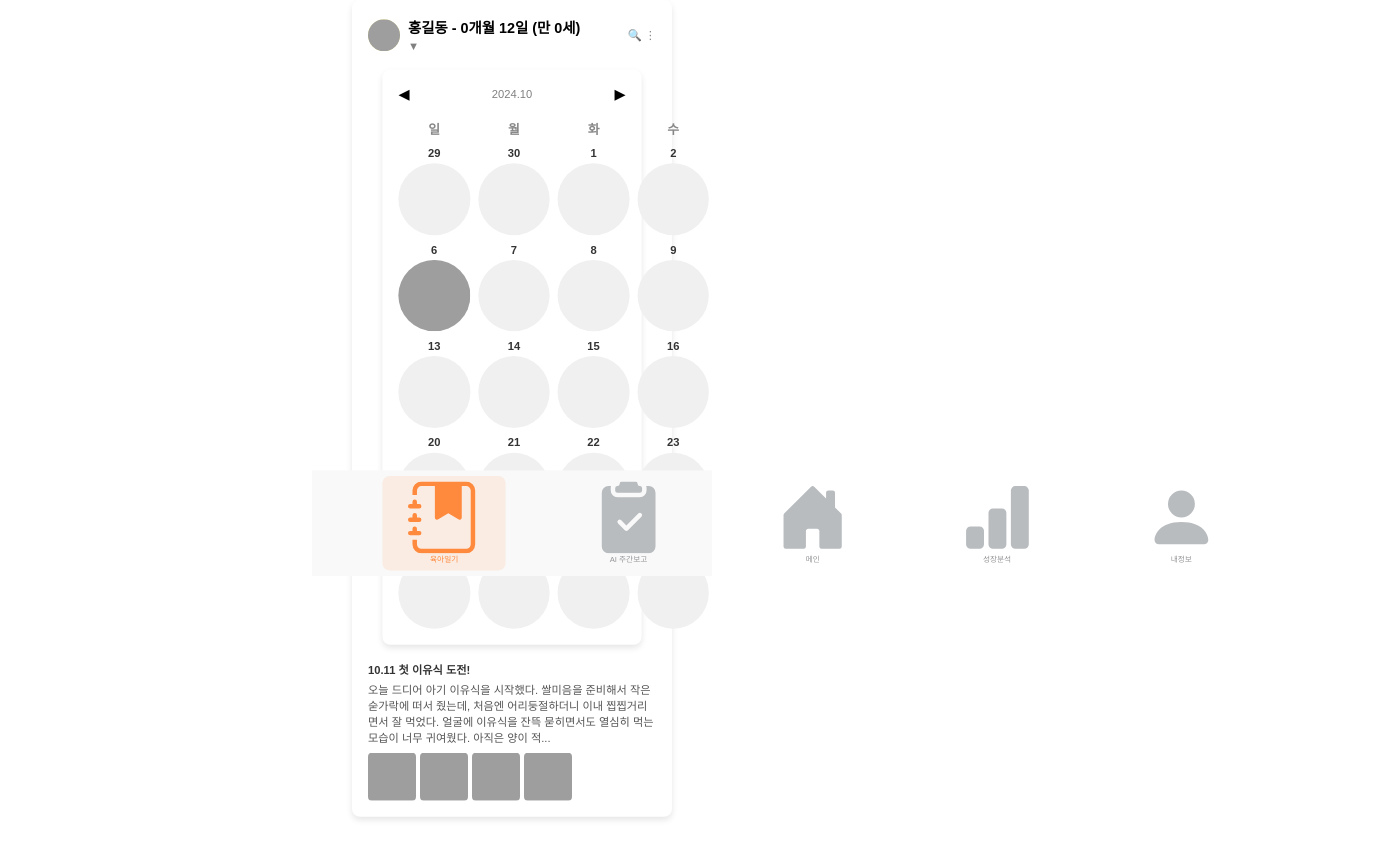
Repository: fromBirth/frombirth-frontend
Page: /babydiary
These files come from the project's save history. The page is drawn as it stood at one moment and after the next save; the edit follows.
The browser window is 1280 px wide. The page is 1280 px wide, then 1733 px, then 1280 px, so the pictures cover 1733 px, including what lies to the right of the window. The pictures show the whole page, at 80% of full size.
Pictures or frames that could not be fetched are drawn as grey boxes. Some web fonts or font styles are not loaded; a fallback is used. The project was rebuilt for these pictures with package versions that can differ from the ones it lists, and the page was loaded fresh each time. Also part of the build but not shown: vite.config.js.

Above is the page before, as saved 2024-10-30 12:25:09.

### index.html
<!doctype html>
<html lang="en">
  <head>
    <meta charset="UTF-8" />
    <link rel="icon" type="image/svg+xml" href="/fromBirthIcon" />
    <meta name="viewport" content="width=device-width, initial-scale=1.0" />
    <script src="https://t1.kakaocdn.net/kakao_js_sdk/2.7.2/kakao.min.js" integrity="sha384-TiCUE00h649CAMonG018J2ujOgDKW/kVWlChEuu4jK2vxfAAD0eZxzCKakxg55G4" crossorigin="anonymous"></script>
    <title>fromBirth</title>
  </head>
  <body>
    <div id="root"></div>
    <script type="module" src="/src/main.jsx"></script>
  </body>
</html>

### src/main.jsx
/* src/main.jsx */

// StrictMode와 createRoot 함수를 React에서 import
import { StrictMode } from 'react'
import { createRoot } from 'react-dom/client'
// 애플리케이션의 메인 컴포넌트인 App을 import
import App from './App.jsx'

// React 애플리케이션의 루트 DOM 요소에 App 컴포넌트를 렌더링
createRoot(document.getElementById('root')).render(
  <StrictMode>
    <App />
  </StrictMode>,
)

### src/App.jsx
/* src/App.jsx */

// 전체 애플리케이션에 라우팅 기능을 제공하는 BrowserRouter를 import
import { BrowserRouter as Router } from 'react-router-dom';
// 전역적으로 인증 상태를 관리하기 위해 AuthProvider를 import
import { AuthProvider } from './contexts/AuthContext';
// 애플리케이션의 전체 라우팅 구성을 위한 AppRouter를 import
import AppRouter from './routes/AppRouter'; // 라우팅 설정을 불러옴

// App 컴포넌트는 애플리케이션의 최상위 컴포넌트로, 인증과 라우팅을 관리
function App() {
    return (
        <AuthProvider>  {/* 인증 컨텍스트 제공 */}
            <Router>  {/* 라우팅 제공 */}
                <AppRouter /> {/* 전체 라우팅 설정 */}
            </Router>
        </AuthProvider>
    );
}

// App 컴포넌트를 기본으로 내보내기
export default App;

### src/contexts/AuthContext.jsx
/* src/contexts/AuthContext.jsx */

import { createContext, useState } from 'react';

// Context 생성
export const AuthContext = createContext();

// Context Provider 컴포넌트
export const AuthProvider = ({ children }) => {
    const [isAuthenticated, setIsAuthenticated] = useState(false);

    // 로그인/로그아웃 상태 변경 함수
    const toggleAuth = () => {
        setIsAuthenticated(!isAuthenticated);
    };

    return (
        <AuthContext.Provider value={{ isAuthenticated, toggleAuth }}>
            {children}
        </AuthContext.Provider>
    );
};

### src/routes/AppRouter.jsx
/* src/routes/AppRouter.jsx */

// React Router의 Routes와 Route 컴포넌트를 사용해 라우팅 구성
import { Routes, Route, Navigate } from 'react-router-dom';
// React에서 컴포넌트를 동적 로딩할 수 있도록 Suspense와 lazy를 사용
import { Suspense, lazy } from 'react';
// PATHS 객체를 import하여 경로를 상수로 관리
import { PATHS } from './paths';
// 전체 레이아웃 컴포넌트로, 로그인이 필요한 페이지의 공통 레이아웃으로 사용
import Layout from '../components/common/Layout.jsx';
// 스피너 컴포넌트 import
import Spinner from '../components/common/Spinner.jsx';
// 전역 스타일 파일을 import하여 스타일 적용
import '/src/assets/styles/common.css';

// React.lazy를 사용하여 동적 import로 각 페이지를 로딩하여 초기 로딩 속도 최적화
const Login = lazy(() => import('../components/login/Login.jsx'));
const Dashboard = lazy(() => import('../components/dashboard/Dashboard.jsx'));
const BabyDiary = lazy(() => import('../components/baby-diary/BabyDiary.jsx'));
const DiaryList = lazy(() => import('../components/baby-diary/DiaryList.jsx'));
const DiaryListPhoto = lazy(() => import('../components/baby-diary/DiaryListPhoto.jsx'));
const DiaryRegister = lazy(() => import('../components/baby-diary/DiaryRegister.jsx'));
const DiaryDetail = lazy(() => import('../components/baby-diary/DiaryDetail.jsx'));
const WeeklyReport = lazy(() => import('../components/weekly-report/WeeklyReport.jsx'));
const GrowthAnalysis = lazy(() => import('../components/growth-analysis/GrowthAnalysis.jsx'));
const MyPage = lazy(() => import('../components/my-page/MyPage.jsx'));
const ChildRegister = lazy(() => import('../components/my-page/ChildRegister.jsx'));

function AppRouter() {
    return (
        // Suspense로 동적 로딩 중 스피너 화면 표시
        <Suspense fallback={<Spinner />}>
            <Routes>
                {/* 로그인 페이지 */}
                <Route path={PATHS.LOGIN} element={<Login />} />

                {/* 기본 경로에서 메인 대시보드 화면으로 리다이렉트 */}
                <Route path="/" element={<Navigate to={PATHS.DASHBOARD} />} />

                {/* Layout 컴포넌트를 상위 요소로 하여 로그인이 필요한 페이지 구성 */}
                <Route element={<Layout />}>
                    {/* 메인 대시보드 페이지 */}
                    <Route path={PATHS.DASHBOARD} element={<Dashboard />} />

                    {/* BabyDiary 관련 페이지 */}
                    <Route path={PATHS.BABY_DIARY} element={<BabyDiary />} />
                    <Route path={PATHS.DIARY_LIST} element={<DiaryList />} />
                    <Route path={PATHS.DIARY_LIST_PHOTO} element={<DiaryListPhoto />} />
                    <Route path={PATHS.DIARY_REGISTER} element={<DiaryRegister />} />
                    <Route path={PATHS.DIARY_DETAIL} element={<DiaryDetail />} />

                    {/* WeeklyReport 페이지 */}
                    <Route path={PATHS.WEEKLY_REPORT} element={<WeeklyReport />} />

                    {/* GrowthAnalysis 페이지 */}
                    <Route path={PATHS.GROWTH_ANALYSIS} element={<GrowthAnalysis />} />

                    {/* MyPage 관련 페이지 */}
                    <Route path={PATHS.MY_PAGE} element={<MyPage />} />
                    <Route path={PATHS.CHILD_REGISTER} element={<ChildRegister />} />
                </Route>
            </Routes>
        </Suspense>
    );
}

export default AppRouter;

### src/components/common/Spinner.jsx
/* src/components/Spinner.jsx */

const Spinner = () => {
    return (
        <div className="spinner-overlay">
            <div className="spinner"></div>
        </div>
    );
};

export default Spinner;

### src/assets/styles/common.css
/* src/assets/styles/common.css */

/* 🔴 폰트 설정 */
@font-face { font-family: 'Pretendard'; font-weight: 100; font-style: normal; src: url('https://cdn.jsdelivr.net/gh/webfontworld/pretendard/Pretendard-Thin.woff') format('woff'); font-display: swap; }
@font-face { font-family: 'Pretendard'; font-weight: 200; font-style: normal; src: url('https://cdn.jsdelivr.net/gh/webfontworld/pretendard/Pretendard-ExtraLight.woff') format('woff'); font-display: swap; }
@font-face { font-family: 'Pretendard'; font-weight: 300; font-style: normal; src: url('https://cdn.jsdelivr.net/gh/webfontworld/pretendard/Pretendard-Light.woff') format('woff'); font-display: swap; }
@font-face { font-family: 'Pretendard'; font-weight: 400; font-style: normal; src: url('https://cdn.jsdelivr.net/gh/webfontworld/pretendard/Pretendard-Regular.woff') format('woff'); font-display: swap; }
@font-face { font-family: 'Pretendard'; font-weight: 500; font-style: normal; src: url('https://cdn.jsdelivr.net/gh/webfontworld/pretendard/Pretendard-Medium.woff') format('woff'); font-display: swap; }
@font-face { font-family: 'Pretendard'; font-weight: 600; font-style: normal; src: url('https://cdn.jsdelivr.net/gh/webfontworld/pretendard/Pretendard-SemiBold.woff') format('woff'); font-display: swap; }
@font-face { font-family: 'Pretendard'; font-weight: 700; font-style: normal; src: url('https://cdn.jsdelivr.net/gh/webfontworld/pretendard/Pretendard-Bold.woff') format('woff'); font-display: swap; }
@font-face { font-family: 'Pretendard'; font-weight: 800; font-style: normal; src: url('https://cdn.jsdelivr.net/gh/webfontworld/pretendard/Pretendard-ExtraBold.woff') format('woff'); font-display: swap; }
@font-face { font-family: 'Pretendard'; font-weight: 900; font-style: normal; src: url('https://cdn.jsdelivr.net/gh/webfontworld/pretendard/Pretendard-Black.woff') format('woff'); font-display: swap; }
/* HakgyoansimDunggeunmisoTTF 폰트 설정 (로컬 파일) */
@font-face { font-family: 'HakgyoansimDunggeunmisoTTF-B'; src: url('/src/assets/fonts/Hakgyoansim-Dunggeunmiso-TTF-B.ttf') format('truetype'); font-weight: normal; font-style: normal; }
@font-face { font-family: 'HakgyoansimDunggeunmisoTTF-R'; src: url('/src/assets/fonts/Hakgyoansim-Dunggeunmiso-TTF-R.ttf') format('truetype'); font-weight: normal; font-style: normal; }

/* 🔴 css 초기화 설정 */
html, body { font-family: "Pretendard", sans-serif; height: 100%; margin: 0; padding: 0; }
* { margin: 0; padding: 0; box-sizing: border-box; }
a { text-decoration: none; color: black; }
ul, li, ol, dl, dd { list-style: none; margin: 0; }
img { max-width: 100%; height: auto; border: 0; }
table { border-collapse: collapse; border-spacing: 0; }
td, th { padding: 0; }
input[type="checkbox"] { cursor: pointer; }
button { appearance: none; border: 0; background: transparent; font: inherit; outline: none; cursor: pointer; }
button:disabled { cursor: default; }
label { margin: 0; font-weight: normal; }
p { margin: 0; }
.container { padding: 0; }
.input-field { transition: all 0.3s ease; }
input::placeholder { color: #888; }

/* 🔴 색상 등 전역 변수 설정 */
:root { --logo-color: #FF893C; --button-disabled-color: #E6E9F0; --menu-symbol-color: #B8BCBF; --menu-text-color: #949598; --background-color: #F4F7FC;}

/* 🔴 루트 컨테이너 크기 설정 */
#root { height: 100vh; width: 100vw; }

/* 🔴 로딩 스피너 */
.spinner-overlay { position: fixed; top: 0; left: 0; width: 100vw; height: 100vh; display: flex; justify-content: center; align-items: center; background: rgba(255, 255, 255, 0.8); z-index: 1000; }
.spinner { width: 40px; height: 40px; border: 5px solid rgba(0, 0, 0, 0.1); border-top-color: #3498db; border-radius: 50%; animation: spin 1s linear infinite; }
@keyframes spin { to { transform: rotate(360deg); }  }

### src/components/baby-diary/BabyDiary.jsx
import './BabyDiary.css';
import Calendar from "./diary-calendar/DiaryCalendar.jsx";

const BabyDiary = () => {
    // const [message, setMessage] = useState("");

    // useEffect(() => {
    //     // Spring Boot 서버의 API 호출
    //     axios.get("/api/test")
    //         .then(response => {
    //             setMessage(response.data); // 서버에서 받은 메시지 설정
    //         })
    //         .catch(error => {
    //             console.error("API 호출 에러:", error);
    //             setMessage("Spring Boot 서버와 연결 실패!");
    //         });
    // }, []);

    return (
        <div className="container">
            <div className="header">
                <img src="profile-placeholder.png" alt="Profile Picture"/>
                <div>
                    <h2>홍길동 - 0개월 12일 (만 0세)</h2>
                    <span>▼</span>
                </div>
                <div style={{marginLeft: 'auto'}}>
                    <span>🔍 ⋮</span>
                </div>
            </div>
            <Calendar/>

            <div className="diary-entry">
                <h3>10.11 첫 이유식 도전!</h3>
                <p className="diary-text">오늘 드디어 아기 이유식을 시작했다. 쌀미음을 준비해서 작은 숟가락에 떠서 줬는데, 처음엔 어리둥절하더니 이내 찝찝거리면서 잘 먹었다.
                    얼굴에 이유식을 잔뜩 묻히면서도 열심히 먹는 모습이 너무 귀여웠다. 아직은 양이 적...</p>
                <div className="diary-images">
                    <img src="food1.png" alt="Food Image"/>
                    <img src="food2.png" alt="Food Image"/>
                    <img src="food3.png" alt="Food Image"/>
                    <img src="food4.png" alt="Food Image"/>
                </div>
            </div>
        </div>
    );
};

export default BabyDiary;

### src/assets/styles/layout.css
/* src/assets/styles/layout.css */

/* 레이아웃 */
.layout { display: flex; flex-direction: column; min-height: 100vh; width: 100vw; align-items: center; }

 /* 콘텐츠 영역 */
.content { flex-grow: 1; width: 100%; max-width: 500px; margin: 0 auto; padding: 0 16px; overflow-y: auto; padding-bottom: 60px;}

/* 중앙 컨테이너 스타일 */
.layout .content .container { background-color: white; width: 90%; max-width: 400px; padding: 20px; border-radius: 10px; box-shadow: 0 4px 8px rgba(0, 0, 0, 0.1); margin: 0 auto; }

/* 헤더 스타일 */
.layout .content .container .header { display: flex; align-items: center; gap: 10px; margin-bottom: 20px; }
.layout .content .container .header .profile-image { width: 40px; height: 40px; border-radius: 50%; background-color: #f0e68c; }
.layout .content .container .header .header-title { font-size: 18px; }
.layout .content .container .header .header-dropdown { font-size: 14px; color: gray; }

/* footer */
.layout .footer { background-color: #F9F9F9; text-align: center; display: flex; justify-content: center; width: 100%; max-width: 500px; margin: 0 auto; position: fixed; bottom: 0;  }
.layout .footer .footer-nav { display: flex; justify-content: space-around; width: 100%; max-width: 400px; }
.layout .footer .footer-nav .nav-item { display: flex; flex-direction: column; justify-content: center; color: #949598; font-size: 0.6em; min-width: 12vw; margin: 1vh 3vw; padding: 1vh 1vw; }
.layout .footer .footer-nav .nav-item.btn-active { background-color: #FE8A3C1F; color: #FF893C; border-radius:9px; }
.layout .footer .footer-nav .nav-item svg { margin: auto; width: 7vw; }

### src/components/baby-diary/BabyDiary.css
.header { display: flex; align-items: center; gap: 10px; margin-bottom: 20px; }

.header img { width: 40px; height: 40px; border-radius: 50%; background-color: #f0e68c; }

.header h2 { margin: 0; font-size: 18px; }

.header span { font-size: 14px; color: gray; }

.calendar-nav { display: flex; justify-content: space-between; align-items: center; font-size: 16px; margin: 20px 0; }

.calendar { display: grid; grid-template-columns: repeat(7, 1fr); gap: 10px; }

.calendar div { display: flex; justify-content: center; align-items: center; width: 100%; padding-top: 100%; position: relative; background-color: #f0f0f0; border-radius: 50%; cursor: pointer; }

.calendar div img { position: absolute; top: 50%; left: 50%; width: 80%; height: 80%; border-radius: 50%; transform: translate(-50%, -50%); }

.highlighted { background-color: #1e90ff; color: white; font-weight: bold; }

.diary-entry { margin-top: 20px; }

.diary-entry h3 { font-size: 14px; color: #333; margin-bottom: 5px; }

.diary-text { font-size: 14px; color: #555; margin-bottom: 10px; }

.diary-images { display: flex; gap: 5px; }

.diary-images img { width: 60px; height: 60px; border-radius: 5px; }

### src/components/baby-diary/diary-calendar/DiaryCalendar.jsx
import React from 'react';
import './DiaryCalendar.css';
import { format, startOfMonth, endOfMonth, startOfWeek, endOfWeek, addDays, isSameMonth, isSameDay } from 'date-fns';

// Sample image data for specific dates
const imageDates = {
    '2024-10-03': 'path/to/image1.png',
    '2024-10-06': 'path/to/image2.png',
    '2024-10-11': 'path/to/image3.png',
    '2024-10-12': 'path/to/image4.png',
};

const Calendar = () => {
    const today = new Date();
    const [currentMonth, setCurrentMonth] = React.useState(new Date());

    const handlePreviousMonth = () => {
        setCurrentMonth(prevMonth => addDays(prevMonth, -30));
    };

    const handleNextMonth = () => {
        setCurrentMonth(prevMonth => addDays(prevMonth, 30));
    };

    const renderHeader = () => (
        <div className="header">
            <button onClick={handlePreviousMonth}>◀</button>
            <span>{format(currentMonth, 'yyyy.MM')}</span>
            <button onClick={handleNextMonth}>▶</button>
        </div>
    );

    const renderDays = () => {
        const days = ['일', '월', '화', '수', '목', '금', '토'];
        return days.map(day => <div key={day} className="day">{day}</div>);
    };

    const renderDates = () => {
        const monthStart = startOfMonth(currentMonth);
        const monthEnd = endOfMonth(monthStart);
        const startDate = startOfWeek(monthStart, { weekStartsOn: 0 });
        const endDate = endOfWeek(monthEnd, { weekStartsOn: 0 });

        const dateCells = [];
        let day = startDate;

        while (day <= endDate) {
            const formattedDate = format(day, 'yyyy-MM-dd');
            const isInCurrentMonth = isSameMonth(day, currentMonth);
            const isToday = isSameDay(day, today);
            const imageSrc = imageDates[formattedDate];

            dateCells.push(
                <div
                    key={formattedDate}
                    className={`date-cell ${isInCurrentMonth ? '' : 'disabled'}`}
                >
                    <span className={`date-number ${isToday ? 'highlighted' : ''}`}>{format(day, 'd')}</span>
                    <div className="date-image-container">
                        {imageSrc ? (
                            <img src={imageSrc} alt="Event" className="date-image" />
                        ) : (
                            <div className="empty-date"></div>
                        )}
                    </div>
                </div>
            );
            day = addDays(day, 1);
        }
        return dateCells;
    };

    return (
        <div className="container">
            {renderHeader()}
            <div className="calendar-grid">
                {renderDays()}
                {renderDates()}
            </div>
        </div>
    );
};

export default Calendar;

### src/components/baby-diary/diary-calendar/DiaryCalendar.css
.container {
    display: flex;
    flex-direction: column;
    align-items: center;
    max-width: 100%;
    padding: 20px;
    background-color: white;
    border-radius: 10px;
    box-shadow: 0 4px 8px rgba(0, 0, 0, 0.1);
}

.header {
    display: flex;
    justify-content: space-between;
    width: 100%;
    font-size: 18px;
    margin-bottom: 10px;
}

.calendar-grid {
    display: grid;
    grid-template-columns: repeat(7, 1fr);
    gap: 10px;
    width: 100%;
}

.day {
    display: flex;
    justify-content: center;
    align-items: center;
    color: #888;
    font-weight: bold;
}

.date-cell {
    display: flex;
    flex-direction: column;
    align-items: center;
    justify-content: space-between;
    width: 100%;
    cursor: pointer;
}

.date-number {
    font-weight: bold;
    color: #333;
    font-size: 14px;
    margin-bottom: 5px;
}

.date-image-container {
    width: 7vw;
    height: 7vw;
    border-radius: 50%;
    background-color: #f0f0f0; /* Background color for cells without images */
    display: flex;
    justify-content: center;
    align-items: center;
}

.date-image {
    width: 100%;
    height: 100%;
    border-radius: 50%;
    object-fit: cover;
}

.highlighted {
    background-color: #1e90ff;
    color: white;
    font-weight: bold;
    padding: 5px;
    border-radius: 50%;
}

Loaded but not shown: src/routes/paths.js (29 lines, source omitted); src/components/common/Layout.jsx (92 lines, source omitted)

After the next save:
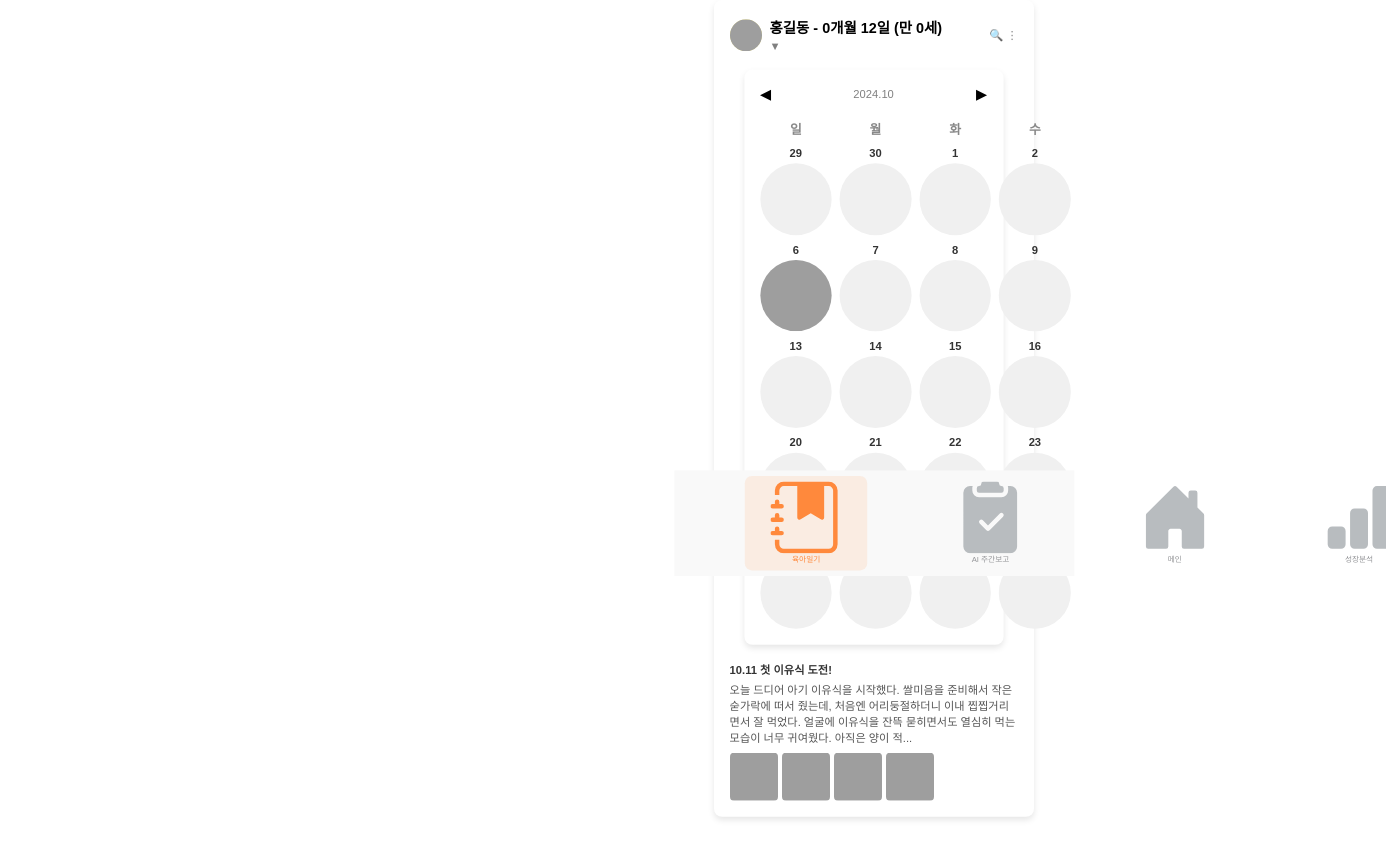
Saved 2 min 48 s later.
--- a/src/assets/styles/common.css
+++ b/src/assets/styles/common.css
@@ -16,6 +16,10 @@
 
 /* 🔴 css 초기화 설정 */
 html, body { font-family: "Pretendard", sans-serif; height: 100%; margin: 0; padding: 0; }
+body {
+    max-width: 375px;
+    margin: 0 auto;
+}
 * { margin: 0; padding: 0; box-sizing: border-box; }
 a { text-decoration: none; color: black; }
 ul, li, ol, dl, dd { list-style: none; margin: 0; }

After the save that followed:
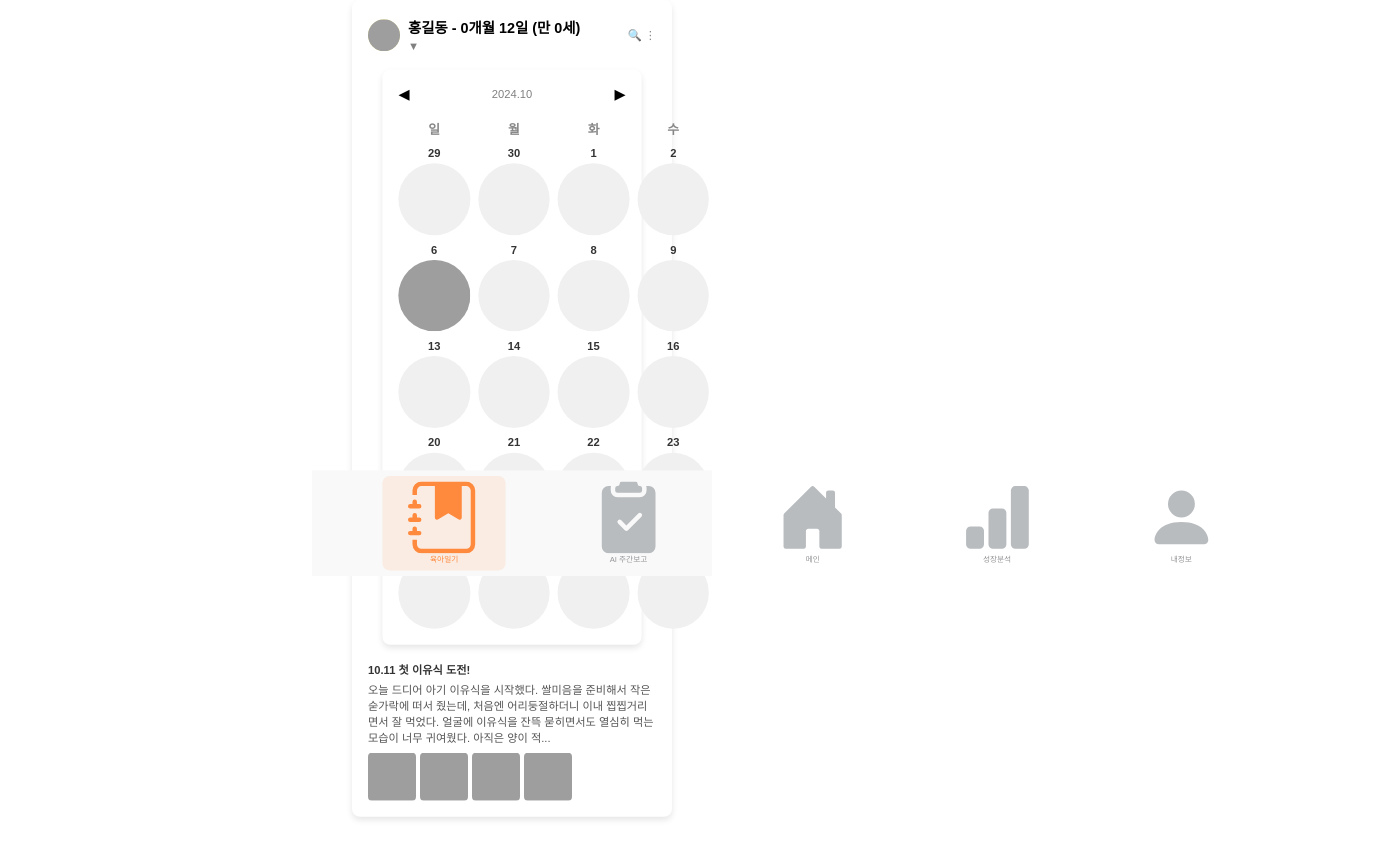
Saved 7 min 4 s later.
--- a/src/assets/styles/common.css
+++ b/src/assets/styles/common.css
@@ -16,10 +16,6 @@
 
 /* 🔴 css 초기화 설정 */
 html, body { font-family: "Pretendard", sans-serif; height: 100%; margin: 0; padding: 0; }
-body {
-    max-width: 375px;
-    margin: 0 auto;
-}
 * { margin: 0; padding: 0; box-sizing: border-box; }
 a { text-decoration: none; color: black; }
 ul, li, ol, dl, dd { list-style: none; margin: 0; }
